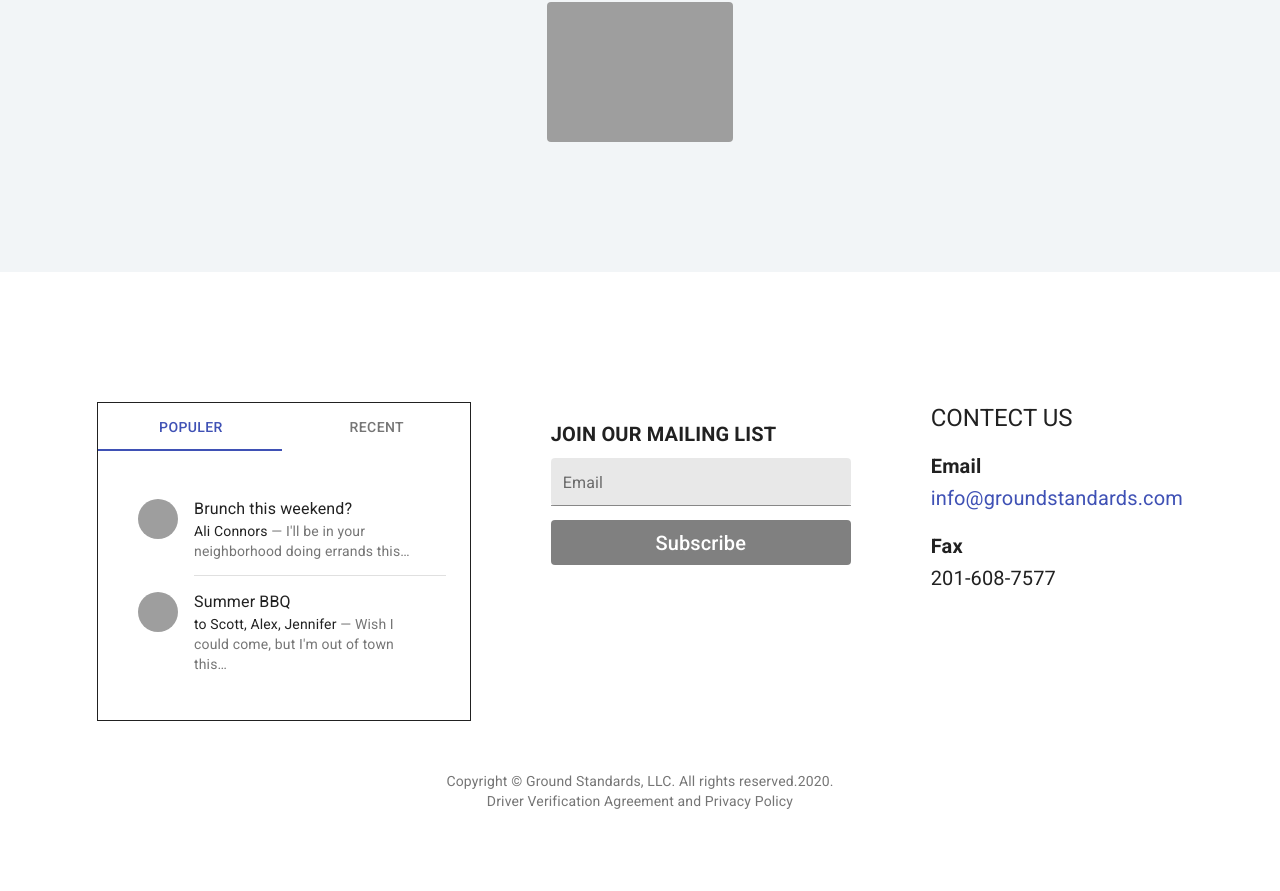
Repository: vinuvish/groundstandards_react
Page: /ourSolution
An editor plug-in stored every save of this project. The page is shown before and after the next save, followed by the edit.
The browser window is 1280 px wide. The pictures show the part of the page from y = 300 to 1191 px (the page is 1191 px tall before and 1111 px after).
Pictures or frames that could not be fetched are drawn as grey boxes. The page's requests for data from a server got no answer. The project was rebuilt for these pictures with package versions that can differ from the ones it lists, and the page was loaded fresh each time. No one was signed in, and anything a server would have sent is missing. Also part of the build but not shown: src/pages/app/NotFoundPage.tsx, src/pages/app/SignUpPage.tsx, src/pages/app/AboutPage.tsx, src/pages/app/OurPartnerPage.tsx, src/pages/app/ResourcePage.tsx, src/pages/app/PressPage.tsx, src/pages/app/BlockPage.tsx, src/pages/app/ContactPage.tsx and 4 more. Imported but missing from the stored project, and not drawn on this page: src/assets/video/video-2.mp4.

Above is the page before, as saved 2020-12-05 13:24:18.

After the next save:
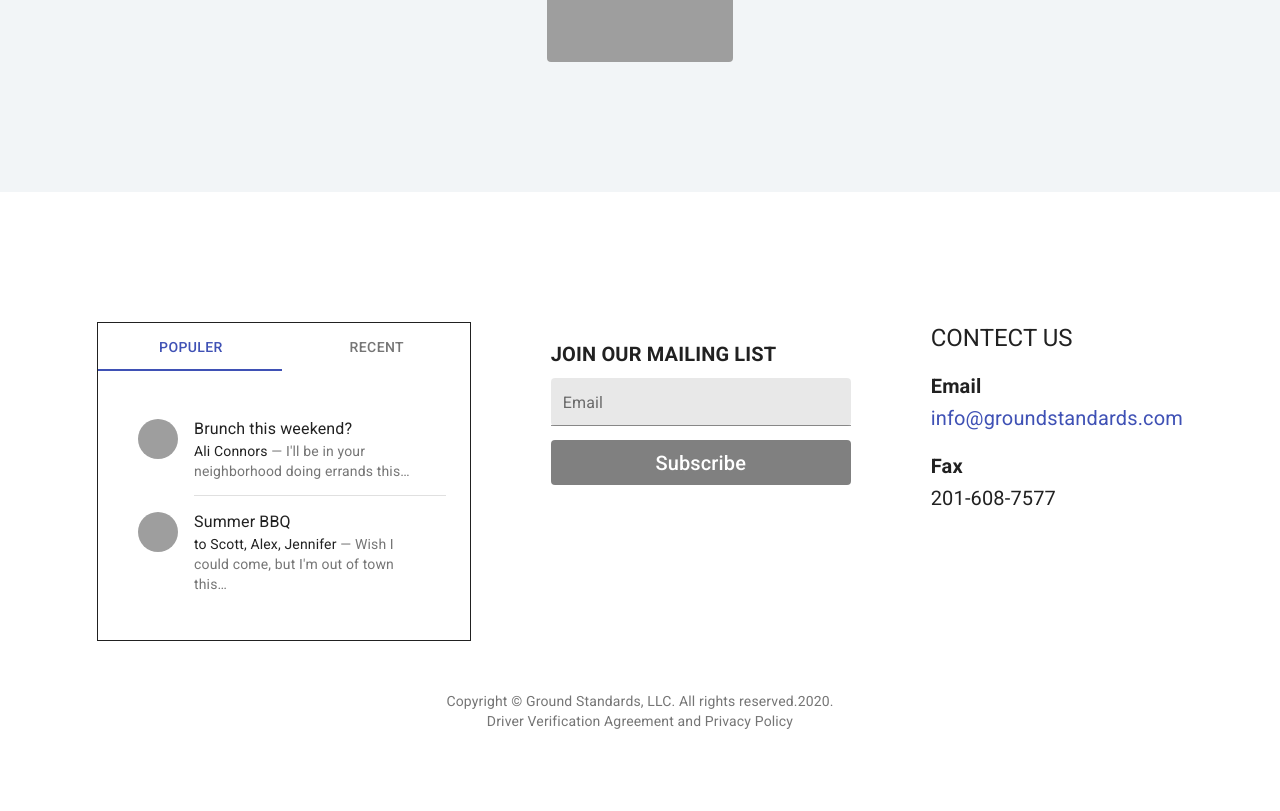
Saved 9 min 30 s later.
--- a/src/pages/app/OurSolutionPage.tsx
+++ b/src/pages/app/OurSolutionPage.tsx
@@ -26,6 +26,10 @@ const OurSolutionPage: React.FC<Props> = () => {
             <Grid container className={classes.grid} direction='column'>
 
                 <Grid item xs={12}>
+                    <Grid container justify="center" spacing={10}>
+
+
+                    </Grid>
                     <Card className={classes.image} classes={{ root: state.raised ? classes.cardHovered : "" }}
                         onMouseOver={() => setState({ raised: true, shadow: 3 })}
                         onMouseOut={() => setState({ raised: false, shadow: 1 })}
